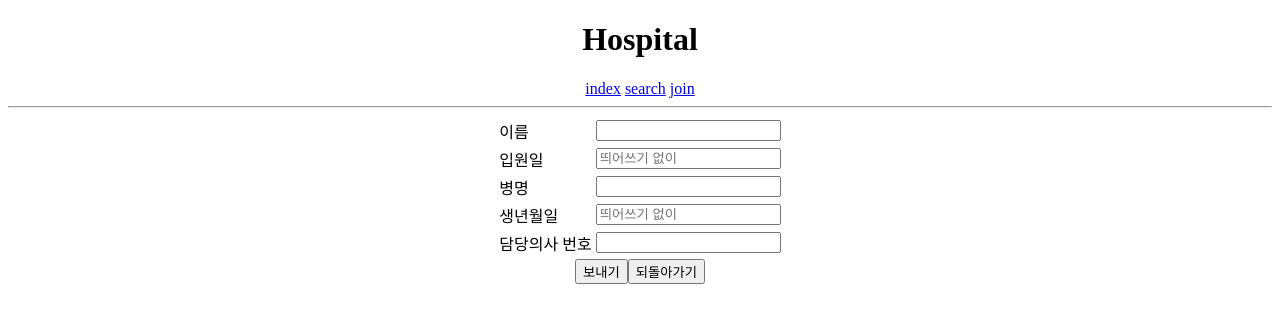
Repository: kimgh06/jsp_teamwork
Page: http://localhost/hospital/join.jsp
These files come from the project's save history. The page is drawn as it stood at one moment and after the next save; the edit follows.
The browser window is 1280 px wide. The pictures show the whole page.
The page is served by Tomcat 9. Other server files are loaded and not shown.

Above is the page before, as saved 2023-06-14 02:02:25.

### hospital/src/main/webapp/join.jsp
<%@ page language="java" contentType="text/html; charset=EUC-KR"
    pageEncoding="EUC-KR"%>
<!DOCTYPE html>
<html>
<head>
<meta charset="EUC-KR">
<title>Insert title here</title>
</head>
<body>
<jsp:include page="./header.jsp"></jsp:include>
<form method="post" action="action.jsp" name="frm" style="display: flex; justify-content: center; align-items: center">
<table>
	<tr><td>이름</td><td><input name="name"/></td></tr>
	<tr><td>입원일</td><td><input placeholder="띄어쓰기 없이" name="clinicdate"/></td></tr>
	<tr><td>병명</td><td><input name="reason"/></td></tr>
	<tr><td>생년월일</td><td><input placeholder="띄어쓰기 없이" name="birthday"/></td></tr>
	<tr><td>담당의사 번호</td><td><input name="doctornum"/></td></tr>
	<tr><td colspan="2" style='text-align: center'><input type="button" value="보내기"><input type="button" value="되돌아가기"></td></tr>
</table>
</form>
</html>

### hospital/src/main/webapp/header.jsp
<%@ page language="java" contentType="text/html; charset=EUC-KR"
    pageEncoding="EUC-KR"%>
<!DOCTYPE html>
<html>
<head>
<meta charset="EUC-KR">
<title>Hospital</title>
</head>
<body>
<header style="text-align:center">
<h1>Hospital</h1>
<a href="./index.jsp">index</a>
<a href="./search.jsp">search</a>
<a href="./join.jsp">join</a>
<hr>
</header>
</body>
</html>

After the next save:
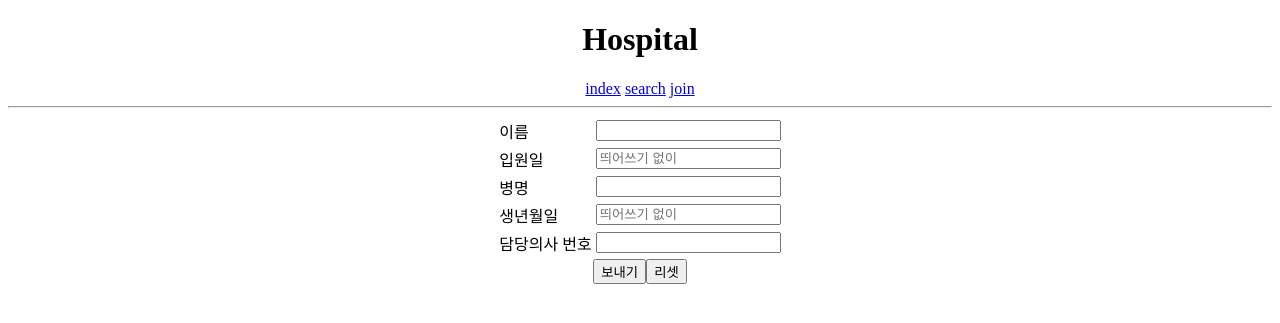
Saved 2 min 39 s later.
--- a/hospital/src/main/webapp/join.jsp
+++ b/hospital/src/main/webapp/join.jsp
@@ -15,7 +15,7 @@
 	<tr><td>병명</td><td><input name="reason"/></td></tr>
 	<tr><td>생년월일</td><td><input placeholder="띄어쓰기 없이" name="birthday"/></td></tr>
 	<tr><td>담당의사 번호</td><td><input name="doctornum"/></td></tr>
-	<tr><td colspan="2" style='text-align: center'><input type="button" value="보내기"><input type="button" value="되돌아가기"></td></tr>
+	<tr><td colspan="2" style='text-align: center'><input type="button" value="보내기"><input type="button" value="리셋"></td></tr>
 </table>
 </form>
 </html>
